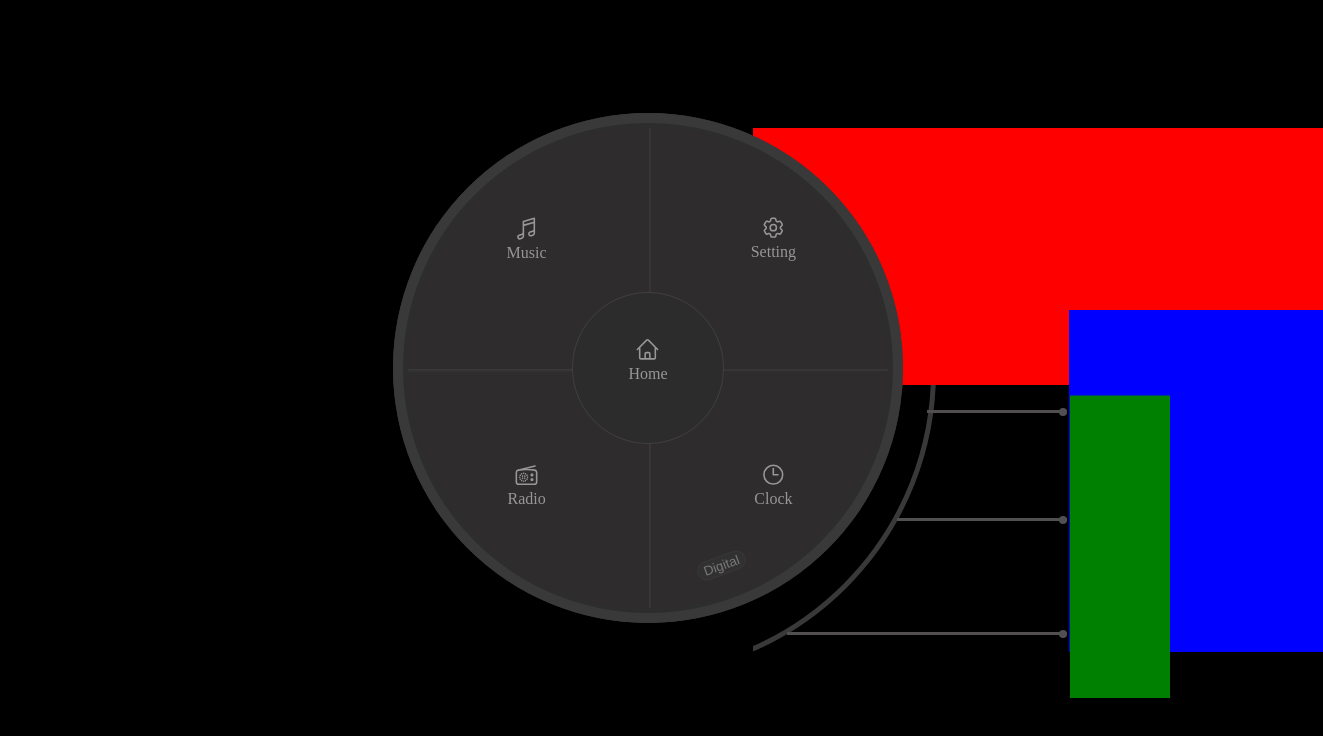
Repository: hsumyatm7308/Basecycle
Page: index.html
These files come from the project's save history. The page is drawn as it stood at one moment and after the next save; the edit follows.
The browser window is 1280 px wide. The page is 1323 px wide, so the pictures cover 1323 px, including what lies to the right of the window. The pictures show the whole page.
After loading, the first visible `#digital` was clicked once.

Above is the page before, as saved 2023-06-03 00:10:20.

After the next save:
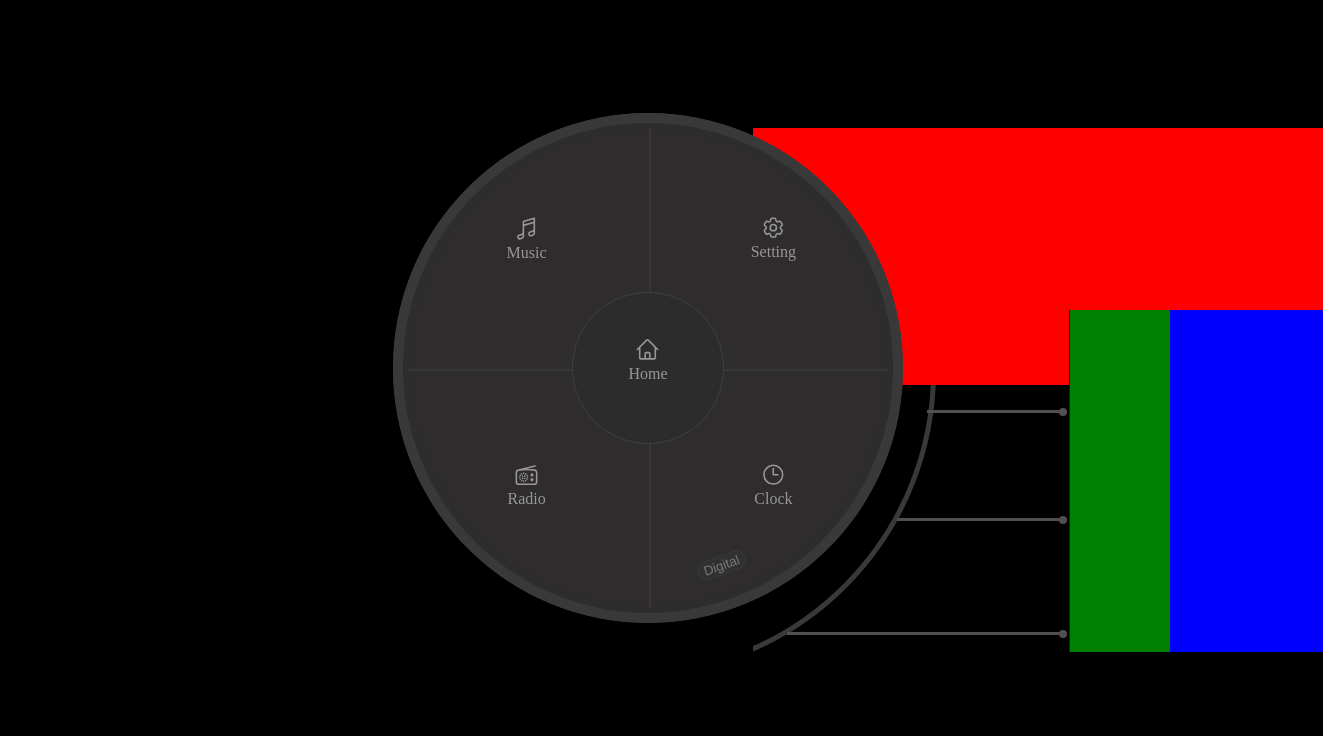
Saved 9 s later.
--- a/style.css
+++ b/style.css
@@ -679,7 +679,7 @@ body {
 
 .dgani2p1{
     animation: digiani2 2s linear forwards;
-    animation-delay: 1s;
+    animation-delay: 1.5s;
 
 }
 
